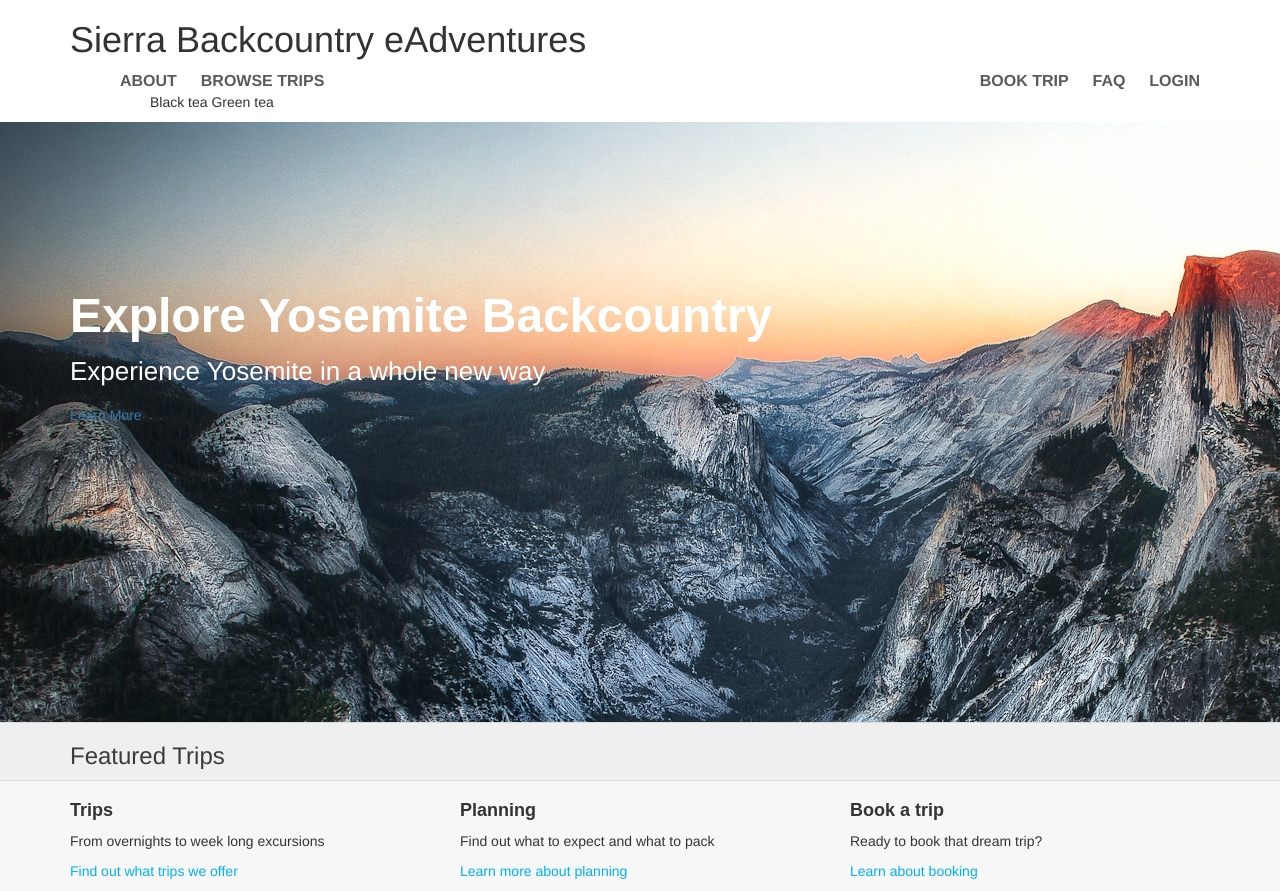
Repository: nageek17/eadventures
Page: http://localhost/home.php
The author's editor kept a record of every edit. The page is drawn from the files as they stood at one moment, then again after the next edit.
The browser window is 1280 px wide. The pictures show the whole page.
Some web libraries are served in a nearby version. The page is run by PHP 8.4 with error messages shown; the project is at /var/www/html/. Queries for data that is not in the repository find no rows.

Above is the page before.
Console error (its wording comes from the project's code and is left out).

### home.php
    <?php
    include ('header.php');


    $con=mysqli_connect("kdoung17-eadventures-885147","kdoung17","","eadventures");

    // Check connection
    if (mysqli_connect_errno()) {
        echo "Failed to connect to MySQL: " . mysqli_connect_error();
    }

    ?>

  <div class='home'>
    <div class="jumbotron">
      <div class="container">
        <h1>Explore Yosemite Backcountry</h1>
        <p>Experience Yosemite in a whole new way</p>
        <a href="#">Learn More</a>
      </div>
    </div>

    <div class="featured-trips">
        <div class="container">
            <h2>Featured Trips</h2>
            <div class='row'>

            <?php
            $result = mysqli_query($con,"SELECT * FROM trips;");
            while($row = mysqli_fetch_array($result)) {
            ?>
	            <div class='col-md-4'>
	                <div class="thumbnail">
                        <img src=<?php echo $row["image"]; ?> >
                        <div class="caption">
                        <h3><?php echo $row["trip_name"]; ?></h3>
                         <p><?php echo $row["description"]; ?></p>
                        <p><a href="booking.php" class="btn btn-primary" role="button">Book now!</a></p>
                      </div>
                    </div>
	            </div>

	        <?php }
	        mysqli_close($con);
            ?>

	        </div>
        </div>
    </div>

<?php
    include ('footer.php');
?>

### header.php
<?php
  session_start();
  include ('dbconfig.php');

  //$con=mysqli_connect("kdoung17-eadventures-885147","kdoung17","","eadventures");
  if (mysqli_connect_errno()) {
  echo "Failed to connect to MySQL: " . mysqli_connect_error();
  }
?>

<!DOCTYPE html>
<html>
  <head>

    <link rel="stylesheet" href="//netdna.bootstrapcdn.com/bootstrap/3.1.1/css/bootstrap.min.css">
    <link rel="stylesheet" href="//netdna.bootstrapcdn.com/bootstrap/3.1.1/css/bootstrap-theme.min.css">

    <link rel="stylesheet" href="css/main.css">

    <title>eAdventures</title>

  </head>

<body>
    <div class="nav">
      <div class="container">
        <h1 class='heading'>Sierra Backcountry eAdventures</h1>
        <ul class="pull-left" class="active">
          <li><a href="index.php">about</a></li>
          <li><a href="products.php">Browse Trips</a>
          <ul>
            <li>Black tea</li>
            <li>Green tea</li>
          </ul>

          </li>
        </ul>
        <ul class="pull-right">
          <li><a href="booking.php">Book trip</a></li>
          <li><a href="faq.php">FAQ</a></li>

          <?php
          if(isset($_SESSION['email']))
          {
                echo '<li><a href="account.php">Account</a></li>';
                echo '<li><a href="logout.php">Logout</a></li>';
          }
          else
          {
            echo '<li><a href="login.php">Login</a></li>';
          }
          ?>
        </ul>
      </div>
    </div>

### dbconfig.php
<?php

$con=mysqli_connect("kdoung17-eadventures-885147","kdoung17","","eadventures");

?>

### footer.php


<div class="learn-more">
	  <div class="container">
		<div class='row'>
	      <div class='col-md-4'>
			<h3>Trips</h3>
			<p>From overnights to week long excursions</p>
			<p><a href="products.php">Find out what trips we offer</a></p>
	      </div>
		  <div class='col-md-4'>
			<h3>Planning</h3>
			<p>Find out what to expect and what to pack</p>
			<p><a href="faq.php">Learn more about planning</a></p>
		  </div>
		  <div class='col-md-4'>
			<h3>Book a trip</h3>
			<p>Ready to book that dream trip?</p>
			<p><a href="booking.php">Learn about booking</a></p>
		  </div>
	    </div>
	  </div>
	</div>
</div>


<script type="text/javascript" src="jcart/js/jquery-1.4.4.min.js"></script>
<script type="text/javascript" src="jcart/js/jcart.min.js"></script>
<script src="https://maxcdn.bootstrapcdn.com/bootstrap/3.2.0/js/bootstrap.min.js"></script>

</body>
</html>

### jcart/config-loader.php
<?php

// jCart v1.3
// http://conceptlogic.com/jcart/

// By default, this file returns the $config array for use with PHP scripts
// If requested via Ajax, the array is encoded as JSON and echoed out to the browser

// Don't edit here, edit config.php
include_once('config.php');

// Use default values for any settings that have been left empty
if (!$config['currencyCode']) $config['currencyCode']                     = 'USD';
if (!$config['text']['cartTitle']) $config['text']['cartTitle']           = 'Shopping Cart';
if (!$config['text']['singleItem']) $config['text']['singleItem']         = 'Item';
if (!$config['text']['multipleItems']) $config['text']['multipleItems']   = 'Items';
if (!$config['text']['subtotal']) $config['text']['subtotal']             = 'Subtotal';
if (!$config['text']['update']) $config['text']['update']                 = 'update';
if (!$config['text']['checkout']) $config['text']['checkout']             = 'checkout';
if (!$config['text']['checkoutPaypal']) $config['text']['checkoutPaypal'] = 'Checkout with PayPal';
if (!$config['text']['removeLink']) $config['text']['removeLink']         = 'remove';
if (!$config['text']['emptyButton']) $config['text']['emptyButton']       = 'empty';
if (!$config['text']['emptyMessage']) $config['text']['emptyMessage']     = 'Your cart is empty!';
if (!$config['text']['itemAdded']) $config['text']['itemAdded']           = 'Item added!';
if (!$config['text']['priceError']) $config['text']['priceError']         = 'Invalid price format!';
if (!$config['text']['quantityError']) $config['text']['quantityError']   = 'Item quantities must be whole numbers!';
if (!$config['text']['checkoutError']) $config['text']['checkoutError']   = 'Your order could not be processed!';

if ($_GET['ajax'] == 'true') {
	header('Content-type: application/json; charset=utf-8');
	echo json_encode($config);
}
?>

### jcart/config.php
<?php

// jCart v1.3
// http://conceptlogic.com/jcart/

// Do NOT store any sensitive info in this file!!!
// It's loaded into the browser as plain text via Ajax


////////////////////////////////////////////////////////////////////////////////
// REQUIRED SETTINGS

// Path to your jcart files
$config['jcartPath']              = 'jcart/';

// Path to your checkout page
$config['checkoutPath']           = 'checkout.php';

// The HTML name attributes used in your item forms
$config['item']['id']             = 'my-item-id';    // Item id
$config['item']['name']           = 'my-item-name';    // Item name
$config['item']['price']          = 'my-item-price';    // Item price
$config['item']['qty']            = 'my-item-qty';    // Item quantity
$config['item']['url']            = 'my-item-url';    // Item URL (optional)
$config['item']['add']            = 'my-add-button';    // Add to cart button

// Your PayPal secure merchant ID
// Found here: https://www.paypal.com/webapps/customerprofile/summary.view
$config['paypal']['id']           = 'seller_1282188508_biz@conceptlogic.com';

////////////////////////////////////////////////////////////////////////////////
// OPTIONAL SETTINGS

// Three-letter currency code, defaults to USD if empty
// See available options here: http://j.mp/agNsTx
$config['currencyCode']           = '';

// Add a unique token to form posts to prevent CSRF exploits
// Learn more: http://conceptlogic.com/jcart/security.php
$config['csrfToken']              = false;

// Override default cart text
$config['text']['cartTitle']      = '';    // Shopping Cart
$config['text']['singleItem']     = '';    // Item
$config['text']['multipleItems']  = '';    // Items
$config['text']['subtotal']       = '';    // Subtotal
$config['text']['update']         = '';    // update
$config['text']['checkout']       = '';    // checkout
$config['text']['checkoutPaypal'] = '';    // Checkout with PayPal
$config['text']['removeLink']     = '';    // remove
$config['text']['emptyButton']    = '';    // empty
$config['text']['emptyMessage']   = '';    // Your cart is empty!
$config['text']['itemAdded']      = '';    // Item added!
$config['text']['priceError']     = '';    // Invalid price format!
$config['text']['quantityError']  = '';    // Item quantities must be whole numbers!
$config['text']['checkoutError']  = '';    // Your order could not be processed!

// Override the default buttons by entering paths to your button images
$config['button']['checkout']     = '';
$config['button']['paypal']       = '';
$config['button']['update']       = '';
$config['button']['empty']        = '';


////////////////////////////////////////////////////////////////////////////////
// ADVANCED SETTINGS

// Display tooltip after the visitor adds an item to their cart?
$config['tooltip']                = true;

// Allow decimals in item quantities?
$config['decimalQtys']            = false;

// How many decimal places are allowed?
$config['decimalPlaces']          = 1;

// Number format for prices, see: http://php.net/manual/en/function.number-format.php
$config['priceFormat']            = array('decimals' => 2, 'dec_point' => '.', 'thousands_sep' => ',');

// Send visitor to PayPal via HTTPS?
$config['paypal']['https']        = true;

// Use PayPal sandbox?
$config['paypal']['sandbox']      = false;

// The URL a visitor is returned to after completing their PayPal transaction
$config['paypal']['returnUrl']    = '';

// The URL of your PayPal IPN script
$config['paypal']['notifyUrl']    = '';

?>

### css/main.css
.home .heading {
  font-family: 'Shift', sans-serif;
  font-weight: bold;
}

.featured-trips {
    background-color: #efefef;
    border-top: 1px solid #dbdbdb;
    border-bottom: 1px solid #dbdbdb;

}

.featured-trips h2{
    color: #393c3d;
    font-size: 24px;
}

.featured-trips p {
    font-size: 15px;
    margin-bottom: 13px;
}

.featured-trips .thumbnail{
  height: 500px;
}

.nav a {
  color: #5a5a5a;
  font-size: 16px;
  font-weight: bold;
  padding: 14px 10px;
  text-transform: uppercase;
}

.nav li {
  display: inline;
}

.home .jumbotron {
  background-image:url(../img/yosemitecover.jpg);
  height: 600px;
  margin-bottom:0px;
}

.home .jumbotron .container {
  position: relative;
  top:100px;
}

.home .jumbotron h1 {
  color: #fff;
  font-size: 48px;
  font-family: 'Shift', sans-serif;
  font-weight: bold;
}

.home .jumbotron p {
  font-size: 26px;
  color: #fff;
}

.home .learn-more {
  background-color: #f7f7f7;
}

.learn-more h3 {
  font-family: 'Shift', sans-serif;
  font-size: 18px;
  font-weight: bold;
}

.learn-more a {
  color: #00b0ff;
}

.trips .jumbotron {
  background-color: #f7f7f7;

}

/*  products css page */
.trips .jumbotron p{
  font-size: 15px;

}

.trips .container{
        border-top-style: solid;
        border-top-color: #778899;

}

.trips .thumbnail {
  margin-top: 20px;
}

### jcart/js/jcart.min.js
// jCart v1.3
// http://conceptlogic.com/jcart/
$(function(){var a=(function(){var k="jcart",b=$("#jcart"),e=$("[name=jcartToken]").val(),i=$("#jcart-tooltip");var d=(function(){var l=null;$.ajax({url:k+"/config-loader.php",data:{ajax:"true"},dataType:"json",async:false,success:function(m){l=m},error:function(){alert("Ajax error: Edit the path in jcart.js to fix.")}});return l}());var f=(function(){if(d.tooltip===true){i.text(d.text.itemAdded);$(".jcart [type=submit]").mouseenter(function(m){var l=m.pageY+25,n=m.pageX+-10;$("body").append(i);i.css({top:n+"px",left:l+"px"})}).mousemove(function(m){var n=m.pageY+25,l=m.pageX+-10;i.css({top:n+"px",left:l+"px"})}).mouseleave(function(){i.hide()})}$("#jcart-buttons").remove();$.ajaxSetup({type:"POST",url:k+"/relay.php",success:function(l){b.html(l);$("#jcart-buttons").remove()},error:function(n,p){var o=n.status,l="Ajax error: ";if(o===0){l+="Check your network connection."}if(o===404||o===500){l+=o}if(p==="parsererror"||p==="timeout"){l+=p}alert(l)}})}());var c=$("#jcart-is-checkout").val();function j(n){var m=n.find("[name="+d.item.qty+"]"),l=n.find("[name="+d.item.add+"]");$.ajax({data:n.serialize()+"&"+d.item.add+"="+l.val(),success:function(o){if(m.val()>0&&i.css("display")==="none"){i.fadeIn("100").delay("400").fadeOut("100")}b.html(o);$("#jcart-buttons").remove()}})}function g(l){var o=l.parent().find('[name="jcartItemId[]"]').val();var n=l.val();if(n){var m=window.setTimeout(function(){$.ajax({data:{jcartUpdate:1,itemId:o,itemQty:n,jcartIsCheckout:c,jcartToken:e}})},1000)}l.keydown(function(p){if(p.which!==9){window.clearTimeout(m)}})}function h(m){var n=m.attr("href");n=n.split("=");var l=n[1];$.ajax({type:"GET",data:{jcartRemove:l,jcartIsCheckout:c}})}$(".jcart").submit(function(l){j($(this));l.preventDefault()});b.keydown(function(l){if(l.which===13){l.preventDefault()}});b.delegate('[name="jcartItemQty[]"]',"keyup",function(){g($(this))});b.delegate(".jcart-remove","click",function(l){h($(this));l.preventDefault()})}())});

Loaded but not shown: jcart/js/jquery-1.4.4.min.js (library)

After the next edit:
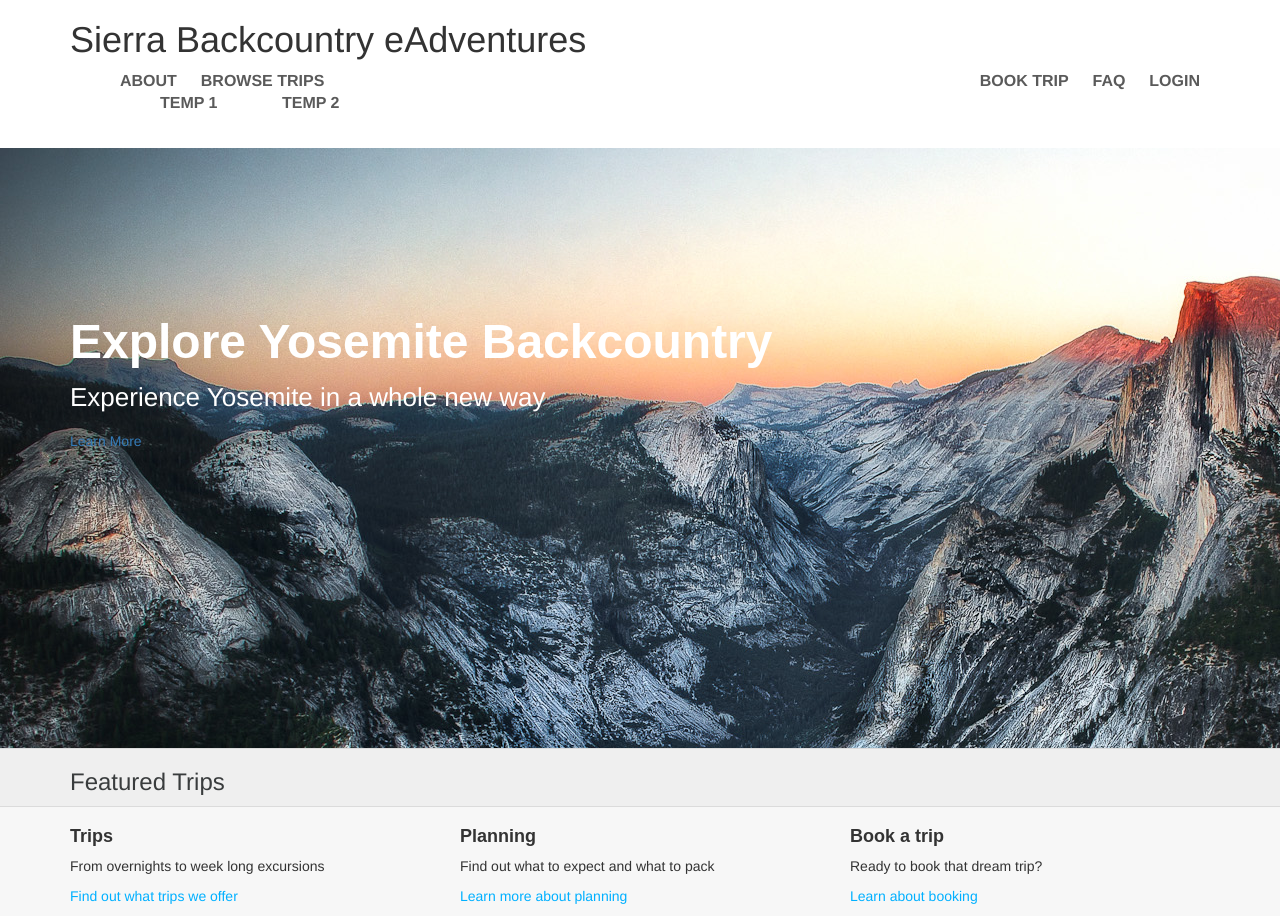
The edit:
--- a/header.php
+++ b/header.php
@@ -29,8 +29,8 @@
           <li><a href="index.php">about</a></li>
           <li><a href="products.php">Browse Trips</a>
           <ul>
-            <li>Black tea</li>
-            <li>Green tea</li>
+            <li><a href="#">temp 1</li>
+            <li><a href="#">temp 2</li>
           </ul>
 
           </li>
